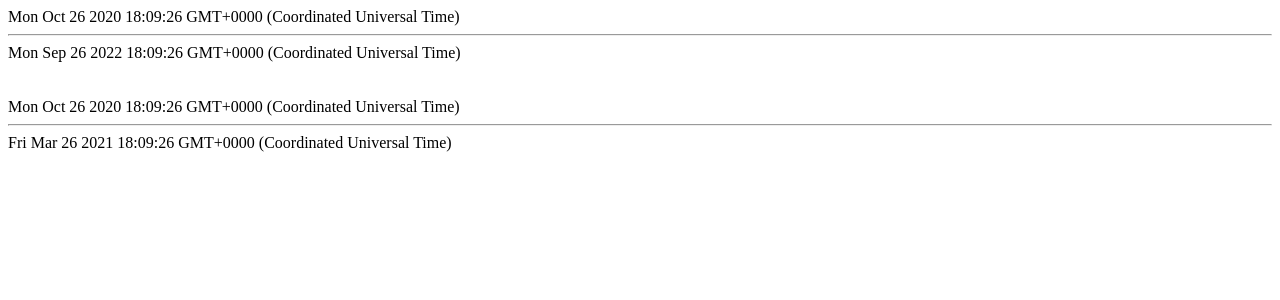
Repository: TeoNogueira/Aulas-Udemy-DevFull-Stack-Por-Jamilton-Damasceno-e-Jorge-Sant-Ana-
Page: public_project/JavaScript/function_native_datas.html
An editor plug-in stored every save of this project. The page is shown before and after the next save, followed by the edit.
The browser window is 1280 px wide. The pictures show the whole page.

Above is the page before, as saved 2020-10-26 19:31:03.

After the next save:
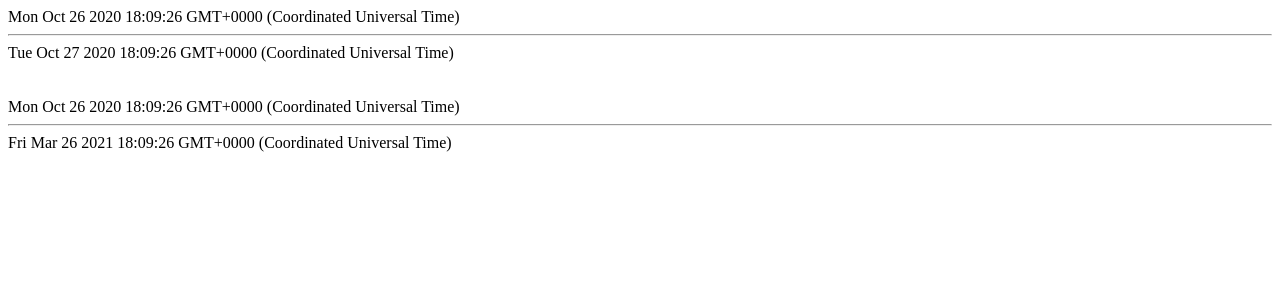
Saved 34 s later.
--- a/public_project/JavaScript/function_native_datas.html
+++ b/public_project/JavaScript/function_native_datas.html
@@ -22,7 +22,7 @@
 
 document.write(data.toString())
 
-data.setDate(data.getDate() + 700) // adicionando dias para a data atual
+data.setDate(data.getDate() + 1) // adicionando dias para a data atual
 
 document.write('<hr />')
 
